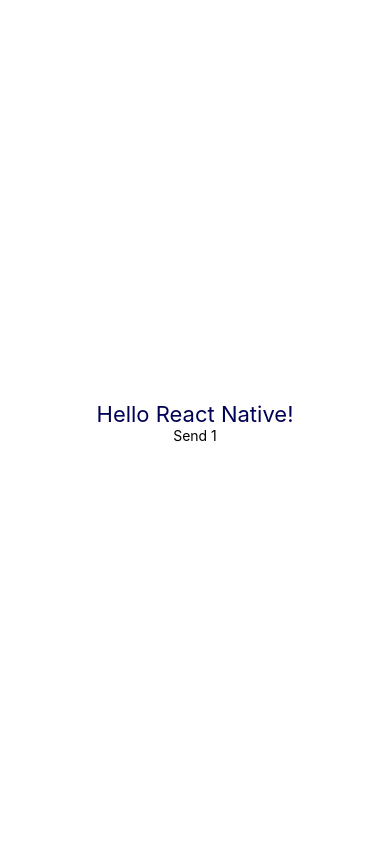
Repository: georgehgfonseca/nlw-esports
Screen: /
An editor plug-in stored every save of this project. The screen is shown before and after the next save, followed by the edit.
The app was drawn by React Native's web renderer in a window 390 px wide. The project was rebuilt for these pictures with package versions that can differ from the ones it lists, and the page was loaded fresh each time.

Above is the screen before, as saved 2022-09-18 22:12:47.

After the next save:
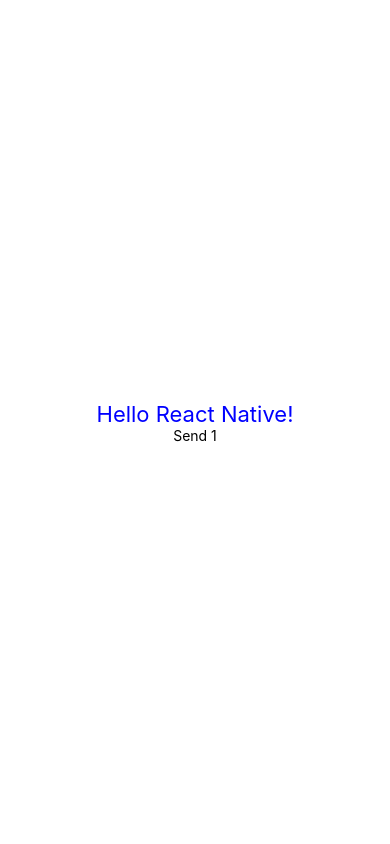
Saved 57 s later.
--- a/App.tsx
+++ b/App.tsx
@@ -31,7 +31,7 @@
     justifyContent: "center",
   },
   title: {
-    color: "#000055",
+    color: "#0000ff",
     fontSize: 22,
   },
 });
